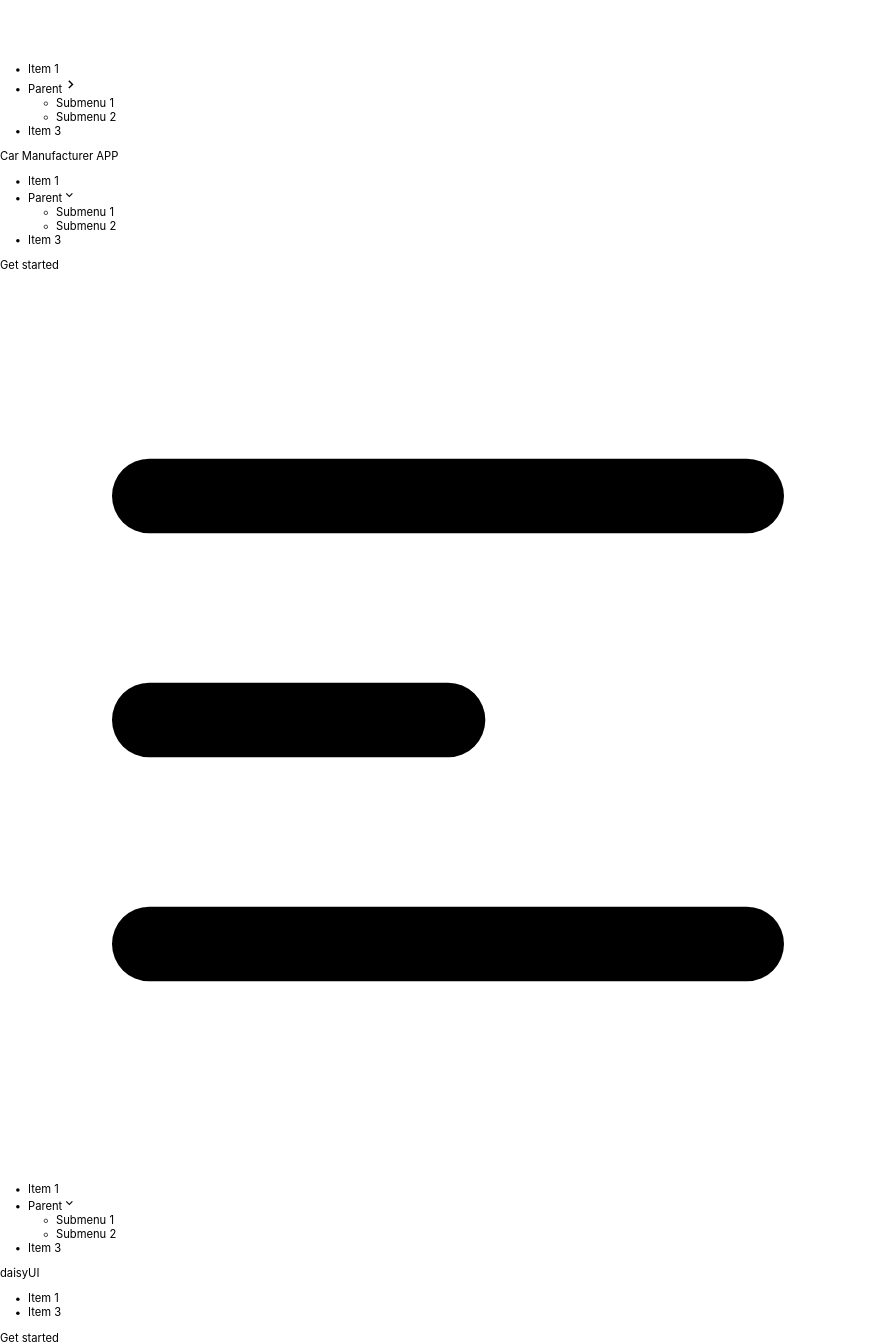
Repository: devsajid/car-manufacturer-app
Page: /
The author's editor kept a copy of each file at every save. The page is drawn from the files as they stood at one save, then again after the next save.
The browser window is 1280 px wide. The pictures show the part of the page from y = 1212 to 3132 px (the page is 3132 px tall before and 1600 px after), at 70% of full size.
The project was rebuilt for these pictures with package versions that can differ from the ones it lists, and the page was loaded fresh each time. Also part of the build but not shown: src/App.css.

Above is the page before, as saved 2022-05-22 12:20:56.

After the next save:
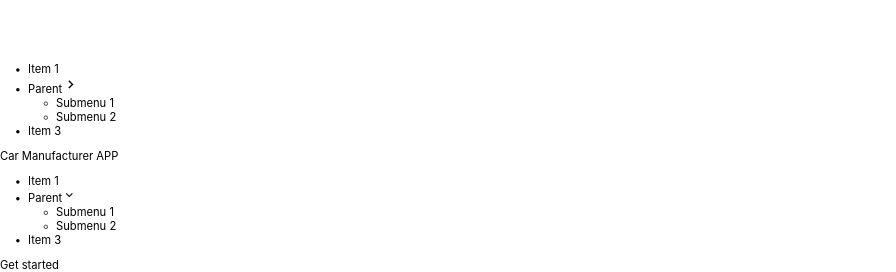
Saved 32 s later.
--- a/src/SharedComponents/Navbar/Navbar.js
+++ b/src/SharedComponents/Navbar/Navbar.js
@@ -96,76 +96,6 @@
           <a>Get started</a>
         </div>
       </div>
-      <div class="navbar bg-base-100">
-        <div class="navbar-start">
-          <div class="dropdown">
-            <label tabindex="0" class="btn btn-ghost lg:hidden">
-              <svg
-                xmlns="http://www.w3.org/2000/svg"
-                class="h-5 w-5"
-                fill="none"
-                viewBox="0 0 24 24"
-                stroke="currentColor"
-              >
-                <path
-                  stroke-linecap="round"
-                  stroke-linejoin="round"
-                  stroke-width="2"
-                  d="M4 6h16M4 12h8m-8 6h16"
-                />
-              </svg>
-            </label>
-            <ul
-              tabindex="0"
-              class="menu menu-compact dropdown-content mt-3 p-2 shadow bg-base-100 rounded-box w-52"
-            >
-              <li>
-                <a>Item 1</a>
-              </li>
-              <li tabindex="0">
-                <a>
-                  Parent
-                  <svg
-                    class="fill-current"
-                    xmlns="http://www.w3.org/2000/svg"
-                    width="20"
-                    height="20"
-                    viewBox="0 0 24 24"
-                  >
-                    <path d="M7.41,8.58L12,13.17L16.59,8.58L18,10L12,16L6,10L7.41,8.58Z" />
-                  </svg>
-                </a>
-                <ul class="p-2">
-                  <li>
-                    <a>Submenu 1</a>
-                  </li>
-                  <li>
-                    <a>Submenu 2</a>
-                  </li>
-                </ul>
-              </li>
-              <li>
-                <a>Item 3</a>
-              </li>
-            </ul>
-          </div>
-          <a class="btn btn-ghost normal-case text-xl">daisyUI</a>
-        </div>
-        <div class="navbar-center hidden lg:flex">
-          <ul class="menu menu-horizontal p-0">
-            <li>
-              <a>Item 1</a>
-            </li>
-
-            <li>
-              <a>Item 3</a>
-            </li>
-          </ul>
-        </div>
-        <div class="navbar-end">
-          <a class="btn">Get started</a>
-        </div>
-      </div>
     </div>
   );
 };
